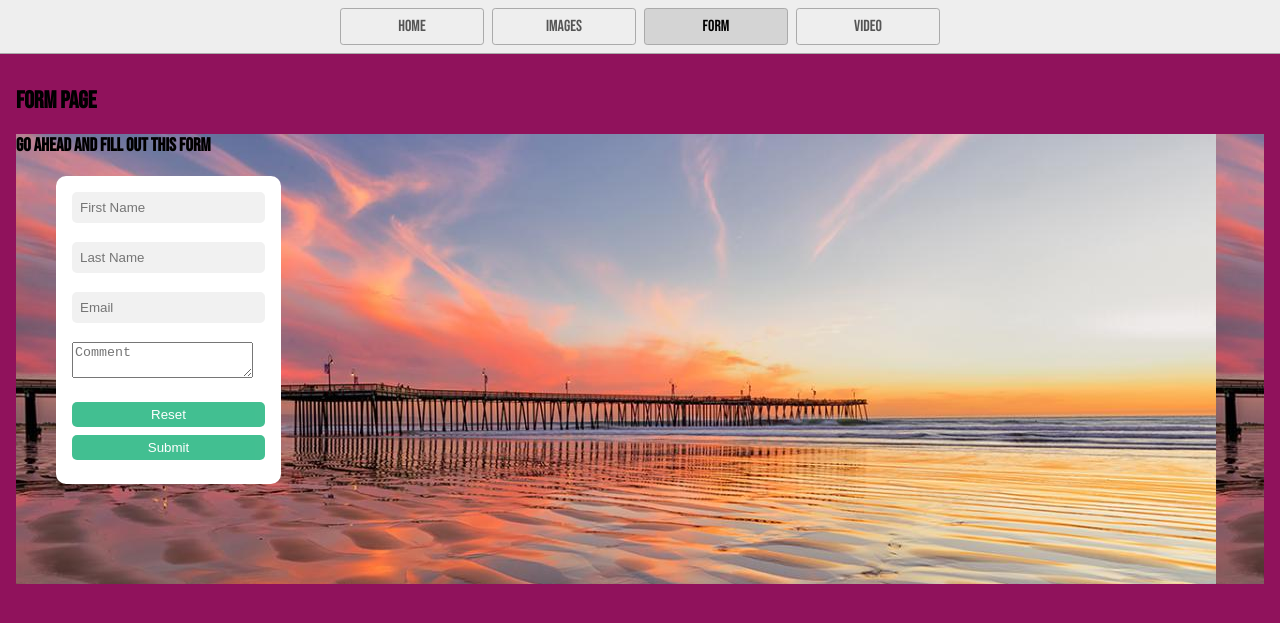
Repository: sebas6292/palmTree-Final
Page: Form.html
An editor plug-in stored every save of this project. The page is shown before and after the next save, followed by the edit.
The browser window is 1280 px wide. The pictures show the whole page.

Above is the page before, as saved 2023-05-28 13:20:49.

### Form.html
<!DOCTYPE html>
<html lang="en">
  <head>
    <title>Home</title>
    <meta charset="UTF-8" />
    <meta name="viewport" content="width=device-width" />

    <link rel="preconnect" href="https://fonts.googleapis.com">
    <link rel="preconnect" href="https://fonts.gstatic.com" crossorigin>
    <link href="https://fonts.googleapis.com/css2?family=Bebas+Neue&display=swap" rel="stylesheet">
    <link rel="stylesheet" href="styles.css" />

  </head>
  <body>
    <nav>
      <a href="/Home.html">Home</a>
      <a href="/Images.html">Images</a>
      <a href="/Form.html" aria-current="page">Form</a>
      <a href="/Video.html">Video</a>
    </nav>
    <main>
      <h1>Form page</h1>
      <div class="bg-img">
      <h3>Go ahead and fill out this form</h3>
      <form action="/Home.html" target="_blank" class="form-container">

        <input type="text" id="fname" name="fname" placeholder="First Name"><br>
        <br>
        <input type="text" id="lname" name="lname" placeholder="Last Name" ><br>
        <br>
        <input type="text" id="email" name="email" placeholder="Email"><br>
        <br>

        <textarea id="comment" placeholder='Comment' name="comment" ></textarea>
        <br>
        <br>
        <input class="btn" type="reset" value="Reset"> <br>
        <input class="btn" type="submit" value="Submit">
      </form>
    </div>
    </main>
  </body>
</html>

### styles.css
* {
    box-sizing: border-box;
  }

  body {
    margin: 0;
    font-family: 'Bebas Neue', sans-serif;
    color: black;
    background-color: white;
  }
  @keyframes body {
    0%   {background-color: white;}
    25%  {background-color: brown}
    50%  {background-color: purple;}
    100% {background-color: black;}
  }
  body {
    background-color: white;
    animation-name: body;
    animation-duration: 15s;
  }

  nav {
    display: flex;
    flex-wrap: wrap;
    align-items: center;
    justify-content: center;
    padding: 0.5rem;
    gap: 0.5rem;
    border-bottom: solid 1px #aaa;
    background-color: #eee;
  }

  nav a {
    display: inline-block;
    min-width: 9rem;
    padding: 0.5rem;
    border-radius: 0.2rem;
    border: solid 1px #aaa;
    text-align: center;
    text-decoration: none;
    color: #555;
  }

  nav a[aria-current='page'] {
    color: #000;
    background-color: #d4d4d4;
  }

  main {
    padding: 1rem;
  }

  h1 {
    font-weight: bold;
    font-size: 1.5rem;
  }

  .bg-img {
    background-image: url('/Assets/pier2.jpeg');
    height: 450px;
  }

  .form-container {
    position: absolute;
    margin: 0 0 0 40px;
    max-width: 400px;
    padding: 16px;
    background-color: white;
    border-radius: 10px;
  }
  input[type=text], input[type=password], input[id=comment] {
    width: 100%;
    padding: 8px;
    /* margin: 5px 0 22px 0; */
    border: none;
    background: #f1f1f1;
    border-radius: 5px;
  }
  .btn {
    background-color: #04AA6D;
    color: white;
    margin-bottom: .5rem ;
    padding: 5px 0 5px 0;
    border: none;
    cursor: pointer;
    border-radius: 5px;
    width: 100%;
    opacity: 0.75;
  }

  .btn:hover {
    opacity: 1;
  }
  /* .btn:hover {
    background-color: whitesmoke;
    color: red
  }

  img:hover {
    width: 300px;
  }
   */

After the next save:
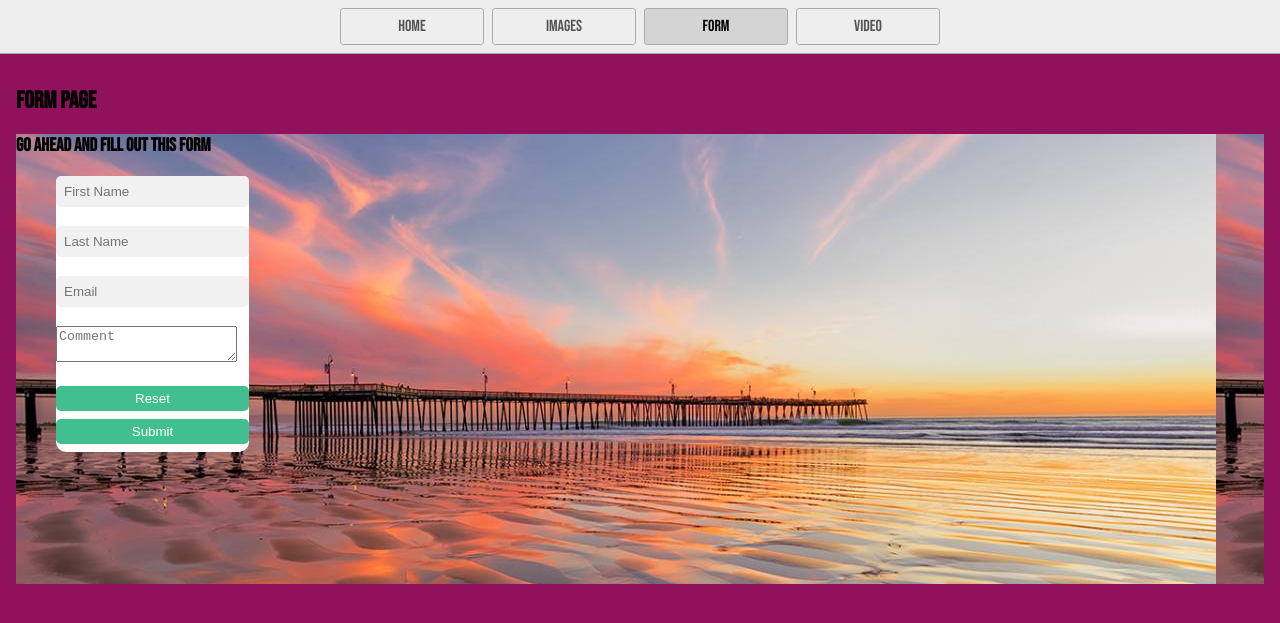
Saved 11 s later.
--- a/styles.css
+++ b/styles.css
@@ -65,7 +65,7 @@
     position: absolute;
     margin: 0 0 0 40px;
     max-width: 400px;
-    padding: 16px;
+    /* padding: 16px; */
     background-color: white;
     border-radius: 10px;
   }

After the save that followed:
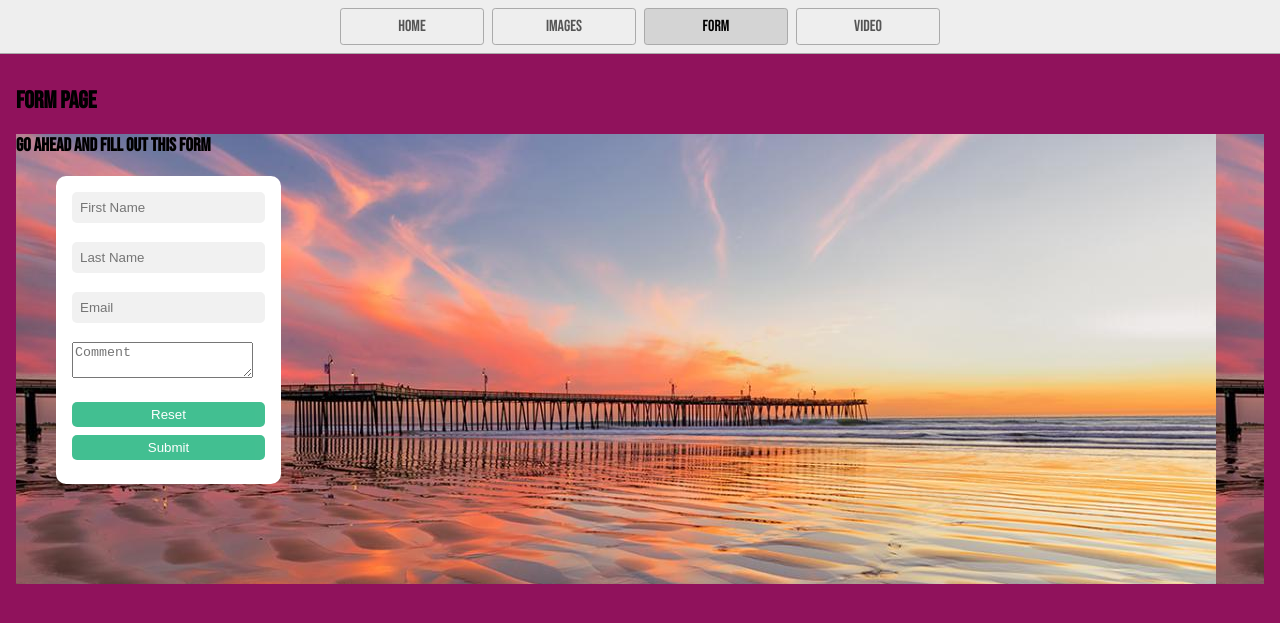
Saved 7 s later.
--- a/styles.css
+++ b/styles.css
@@ -65,7 +65,7 @@
     position: absolute;
     margin: 0 0 0 40px;
     max-width: 400px;
-    /* padding: 16px; */
+    padding: 16px;
     background-color: white;
     border-radius: 10px;
   }
